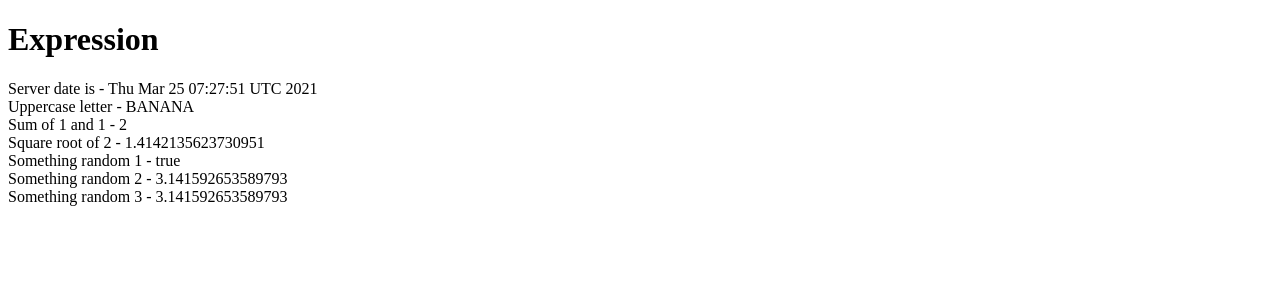
Repository: mrhpn/JavaEE--JSP-SERVLET
Page: http://localhost/JSP_JSTL/expression-demo.jsp
These files come from the project's save history. The page is drawn as it stood at one moment and after the next save; the edit follows.
The browser window is 1280 px wide. The pictures show the whole page.
The page is served by Tomcat 9.

Above is the page before, as saved 2021-03-25 08:23:46.

After the next save:
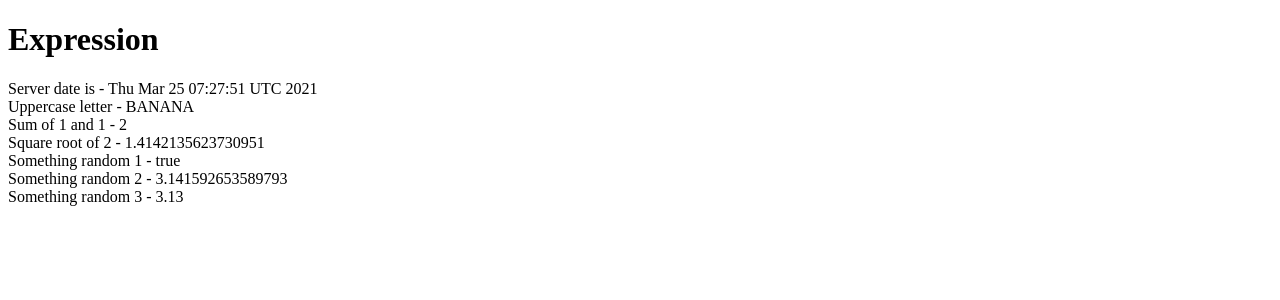
Saved 19 s later.
--- a/JSP_JSTL/WebContent/expression-demo.jsp
+++ b/JSP_JSTL/WebContent/expression-demo.jsp
@@ -22,7 +22,7 @@
 	<br>
 	Something random 2 - <%= Math.PI %>
 	<br>
-	Something random 3 - <%= Math.PI %>
+	Something random 3 - <%= Math.abs(3.13) %>
 	<br>
 </body>
 </html>
